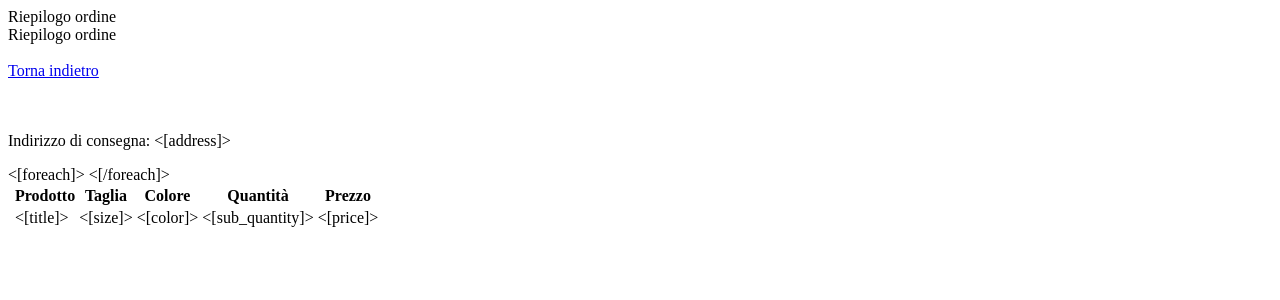
Repository: i4c0ni99/MotorShop
Page: skins/motor-html-package/motor/my-pending-orders.html
An editor plug-in stored every save of this project. The page is shown before and after the next save, followed by the edit.
The browser window is 1280 px wide. The pictures show the whole page.

Above is the page before, as saved 2024-10-22 09:58:50.

After the next save:
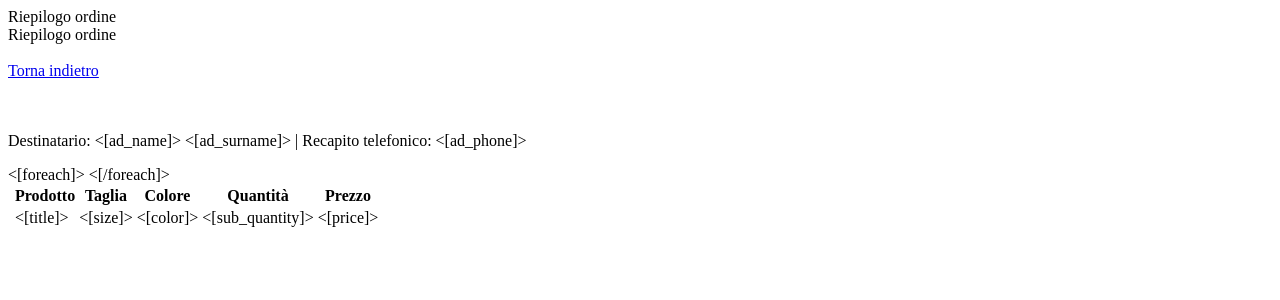
Saved 7 s later.
--- a/skins/motor-html-package/motor/my-pending-orders.html
+++ b/skins/motor-html-package/motor/my-pending-orders.html
@@ -28,7 +28,7 @@
                                 <br>
                             </div>
                             <br>
-                            <p>Indirizzo di consegna: <[address]></p>
+                            <p>Destinatario: <[ad_name]> <[ad_surname]> | Recapito telefonico: <[ad_phone]></p>
                             <div class="table-responsive table-desi">
                                 <table class="all-package coupon-table table table-striped">
                                     <thead>
